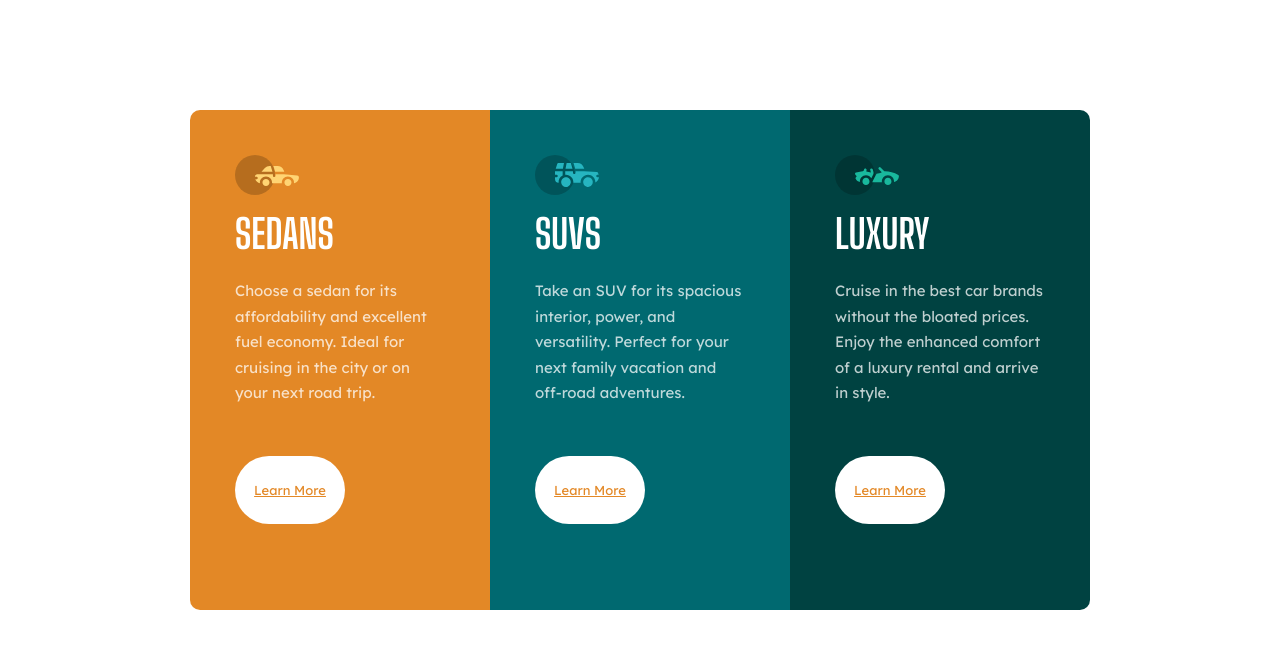
Repository: KamoliddinGIT/column-preview-card
Page: index.html
These files come from the project's save history. The page is drawn as it stood at one moment and after the next save; the edit follows.
The browser window is 1280 px wide. The pictures show the whole page.

Above is the page before, as saved 2023-09-15 16:39:57.

After the next save:
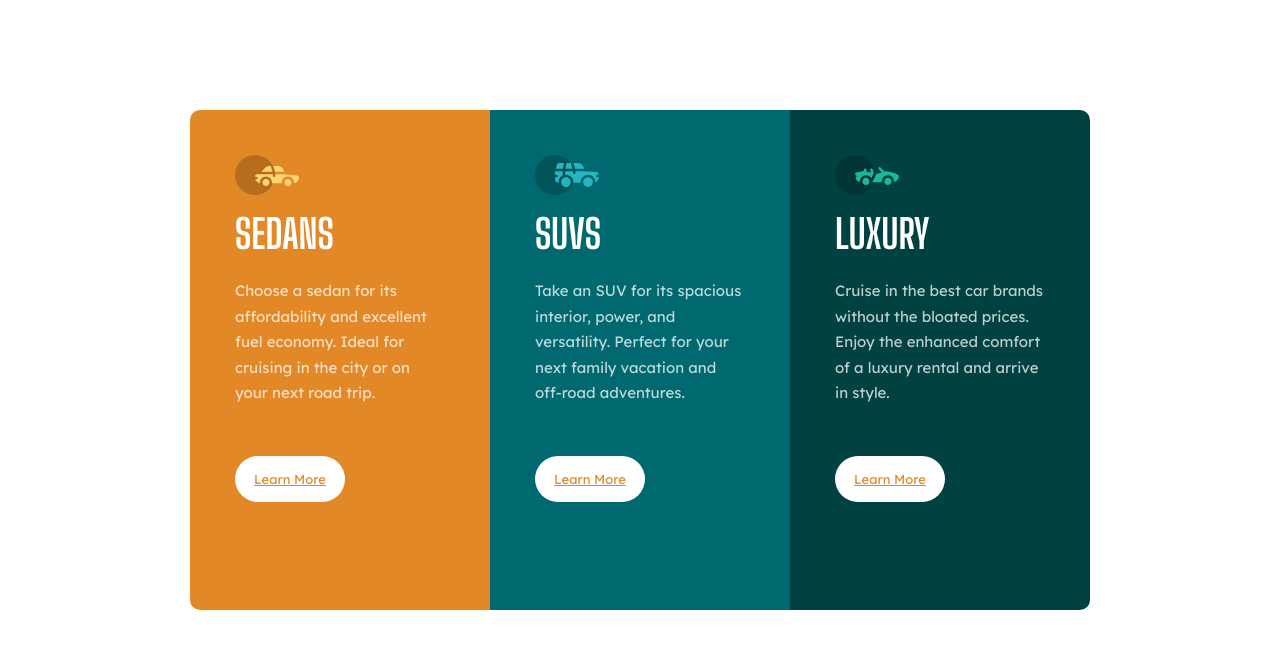
Saved 5 s later.
--- a/css/style.css
+++ b/css/style.css
@@ -79,7 +79,6 @@
   align-items: center;
   font-size: 13px;
   width: 110px;
-  height: 68px;
   font-family: "Lexend Deca", sans-serif;
   color: hsl(31, 77%, 52%);
   background: #fff;
